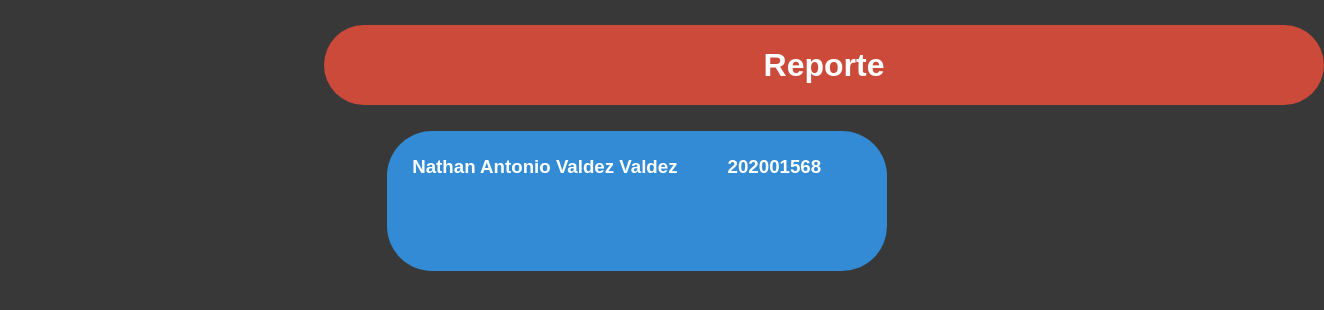
Repository: nathanvdev/LFP_PR_202001568
Page: plantilla.html
These files come from the project's save history. The page is drawn as it stood at one moment and after the next save; the edit follows.
The browser window is 1280 px wide. The page is 1324 px wide, so the pictures cover 1324 px, including what lies to the right of the window. The pictures show the whole page.

Above is the page before, as saved 2022-02-19 18:54:05.

### plantilla.html

<!DOCTYPE html>
<html lang="en">
<head>
    <meta charset="UTF-8">
    <meta http-equiv="X-UA-Compatible" content="IE=edge">
    <meta name="viewport" content="width=device-width, initial-scale=1.0">
    <title>Document</title>
</head>
<style>
    body{
        font-family: sans-serif;
    }
    .titlebox{
        background-color: rgb(204, 74, 57);
        height: 80px;
        width: 1000px;
        margin: 2%;
        margin-left: 25%;
        border-radius: 45px;


        display: flex;
        justify-content: center;
    }
    .PersonalInfo{
        background-color: rgb(50, 139, 212);
        height: 140px;
        width: 500px;
        margin: 2%;
        margin-left: 30%;
        border-radius: 45px;

    }
</style>
<body style="background-color: rgb(56, 56, 56);">
    <div class="titlebox">
        <h1 style="color: white;">Reporte</h1>
    </div>
    <div class="PersonalInfo">
        <h3 style="color: white;
        margin: 5%; float: left;">
            Nathan Antonio Valdez Valdez
        </h3>
        <h3 style="color: white;
        margin: 5%; float: left;">
            202001568
        </h3>
    </div>
</body>
</html>

After the next save:
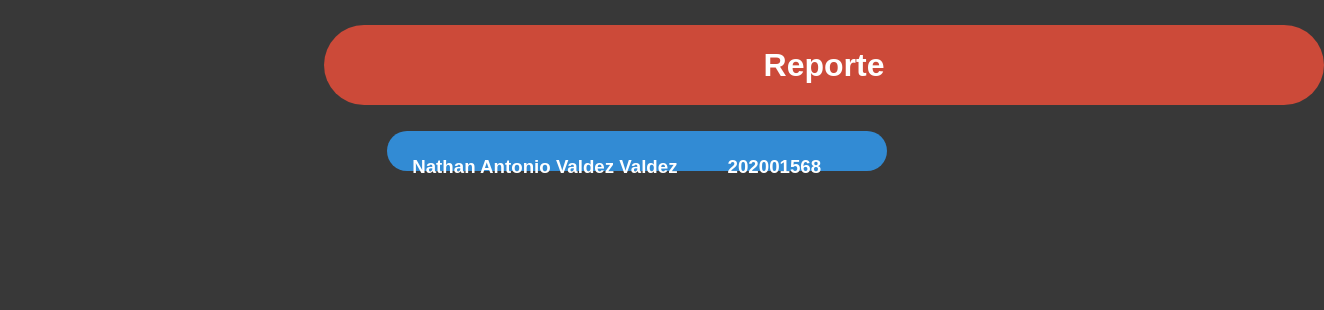
Saved 5 s later.
--- a/plantilla.html
+++ b/plantilla.html
@@ -25,7 +25,7 @@
     }
     .PersonalInfo{
         background-color: rgb(50, 139, 212);
-        height: 140px;
+        height: 40px;
         width: 500px;
         margin: 2%;
         margin-left: 30%;
